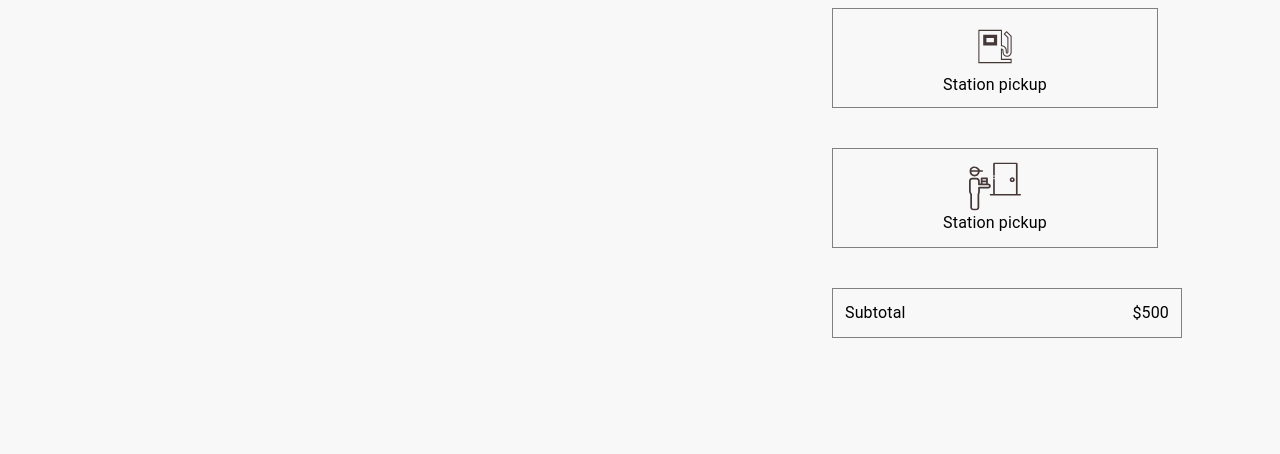
Repository: Armstrong2035/hng-project-two
Page: /cart (app in timbu-store/)
An editor plug-in stored every save of this project. The page is shown before and after the next save, followed by the edit.
The browser window is 1280 px wide. The pictures show the whole page.
The project was rebuilt for these pictures with package versions that can differ from the ones it lists, and the page was loaded fresh each time. The framework's server and built-in components were replaced by stand-ins that run in the browser. Also part of the build but not shown: timbu-store/next.config.mjs.

Above is the page before, as saved 2024-07-08 23:43:18.

### timbu-store/src/app/layout.js
export default function RootLayout({ children }) {
  return (
    <html lang="en">
      <body style={{ backgroundColor: "#F8F8F8" }}>{children}</body>
    </html>
  );
}

### timbu-store/src/app/cart/page.js
"use client";
import React from "react";
import CartPage from "../../../components/checkout/cart/CartPage";

export default function Page() {
  return (
    <>
      <CartPage />
    </>
  );
}

### timbu-store/components/checkout/cart/CartPage.js
"use client";
import useStore from "@/store/store";
import Image from "next/image";
import doorDelivery from "../../../public/icons/door-delivery.svg";
import stationPickup from "../../../public/icons/station-pickup.svg";
import {
  Typography,
  Box,
  Stack,
  Grid,
  Button,
  Card,
  CardContent,
  Container,
  AppBar,
} from "@mui/material";
import React, { useState } from "react";
import Cart from "./Cart";
export default function CartPage() {
  return (
    <>
      <Container>
        <Grid container>
          <Grid item className={"item"} xl={10} lg={8} md={6} sm={12} xs={12}>
            <Cart />
          </Grid>
          <Grid item xl={4} lg={4} md={6} sm={12} xs={12}>
            <Stack spacing={5}>
              <Box
                sx={{
                  border: "1px solid grey",
                  height: "98px",
                  width: "324px",
                  display: "flex",
                  flexDirection: "column",
                  alignItems: "center",
                  justifyContent: "center",
                }}
              >
                <Image src={stationPickup} />
                <Typography>Station pickup</Typography>
              </Box>

              <Box
                sx={{
                  border: "1px solid grey",
                  height: "98px",
                  width: "324px",
                  display: "flex",
                  flexDirection: "column",
                  alignItems: "center",
                  justifyContent: "center",
                }}
              >
                <Image src={doorDelivery} />
                <Typography>Station pickup</Typography>
              </Box>

              <Box
                sx={{
                  border: "1px solid grey",
                  width: "324px",
                  display: "flex",
                  flexDirection: "row",
                  alignItems: "center",
                  justifyContent: "space-between",
                  padding: "12px",
                }}
              >
                <Typography>Subtotal</Typography>
                <Typography>$500</Typography>
              </Box>
            </Stack>
          </Grid>
        </Grid>
      </Container>
    </>
  );
}

### timbu-store/src/store/store.js
import { create } from "zustand";
import { persist } from "zustand/middleware";

const useStore = create(
  persist(
    (set) => ({
      cart: [],
      addToCart: (item) => set((state) => ({ cart: [...state.cart, item] })),
    }),
    {
      name: "cart-storage",
    }
  )
);

export default useStore;

### timbu-store/components/checkout/cart/Cart.js
"use client";
import React, { useState } from "react";
import useStore from "@/store/store";
import {
  Box,
  Grid,
  Stack,
  Card,
  CardContent,
  Typography,
  Button,
} from "@mui/material";
import Image from "next/image";

export default function Cart() {
  const [orderVolume, setOrderVolume] = useState(1);
  const cart = useStore((state) => state.cart);

  console.log(cart);
  return (
    <>
      <Stack spacing={10}>
        {cart.map((item) => (
          <Box
            key={item.id}
            className={"order summary"}
            style={{
              width: "100%",
              display: "flex",
              alignItems: "center",
              justifyContent: "space-between",
            }}
          >
            <Box sx={{ backgroundColor: "#F8F8F8" }}>
              <Stack direction={"row"} alignItems={"center"} spacing={2}>
                <Box
                  sx={{
                    display: "flex",
                    alignItems: "center",
                    justifyContent: "center",
                    backgroundColor: "#F1F0F0",
                    position: "relative",
                    "&:hover .add-to-cart": {
                      opacity: 1,
                    },

                    "&:hover": {
                      backgroundColor: "#E6DFDF",
                    },
                    width: "260px",
                    height: "290px",
                  }}
                  elevation={"none"}
                >
                  <div
                    style={{
                      width: "300",
                      height: "300",
                      position: "relative",
                      padding: "10px, 10px",
                    }}
                  >
                    <Image
                      src={item.imageUrl}
                      alt={item.productName}
                      layout="responsive"
                      width={500}
                      height={500}
                      objectFit="contain"
                    />
                  </div>
                </Box>
                <Box sx={{ padding: "16px" }}>
                  <Typography>{item.productName}</Typography>
                  <Box
                    sx={{
                      border: "1px solid #B2A6A6",
                      display: "flex",
                      flexDirection: "row",
                      alignItems: "center",
                      margin: "10px 0",
                    }}
                  >
                    <Button
                      sx={{ color: "#473838" }}
                      onClick={() =>
                        setOrderVolume(orderVolume > 1 ? orderVolume - 1 : 1)
                      }
                    >
                      -
                    </Button>
                    <Typography sx={{ padding: "0 10px" }}>
                      {orderVolume}
                    </Typography>
                    <Button
                      sx={{ color: "#473838" }}
                      onClick={() => setOrderVolume(orderVolume + 1)}
                    >
                      +
                    </Button>
                  </Box>

                  <Button sx={{ color: "#ED8174" }}>Remove</Button>
                </Box>
              </Stack>
            </Box>

            <Typography sx={{ margin: "auto 80px" }}>
              {item.discountPrice}
            </Typography>
          </Box>
        ))}
      </Stack>
    </>
  );
}

After the next save:
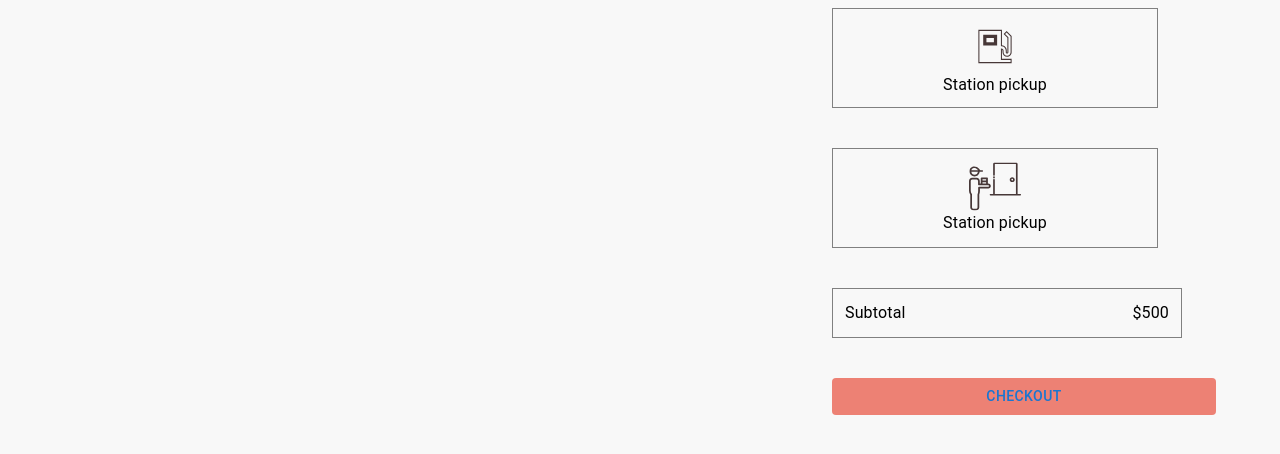
Saved 60 s later.
--- a/timbu-store/components/checkout/cart/CartPage.js
+++ b/timbu-store/components/checkout/cart/CartPage.js
@@ -70,6 +70,8 @@ export default function CartPage() {
                 <Typography>Subtotal</Typography>
                 <Typography>$500</Typography>
               </Box>
+
+              <Button sx={{ backgroundColor: " #ED8174" }}>checkout</Button>
             </Stack>
           </Grid>
         </Grid>
